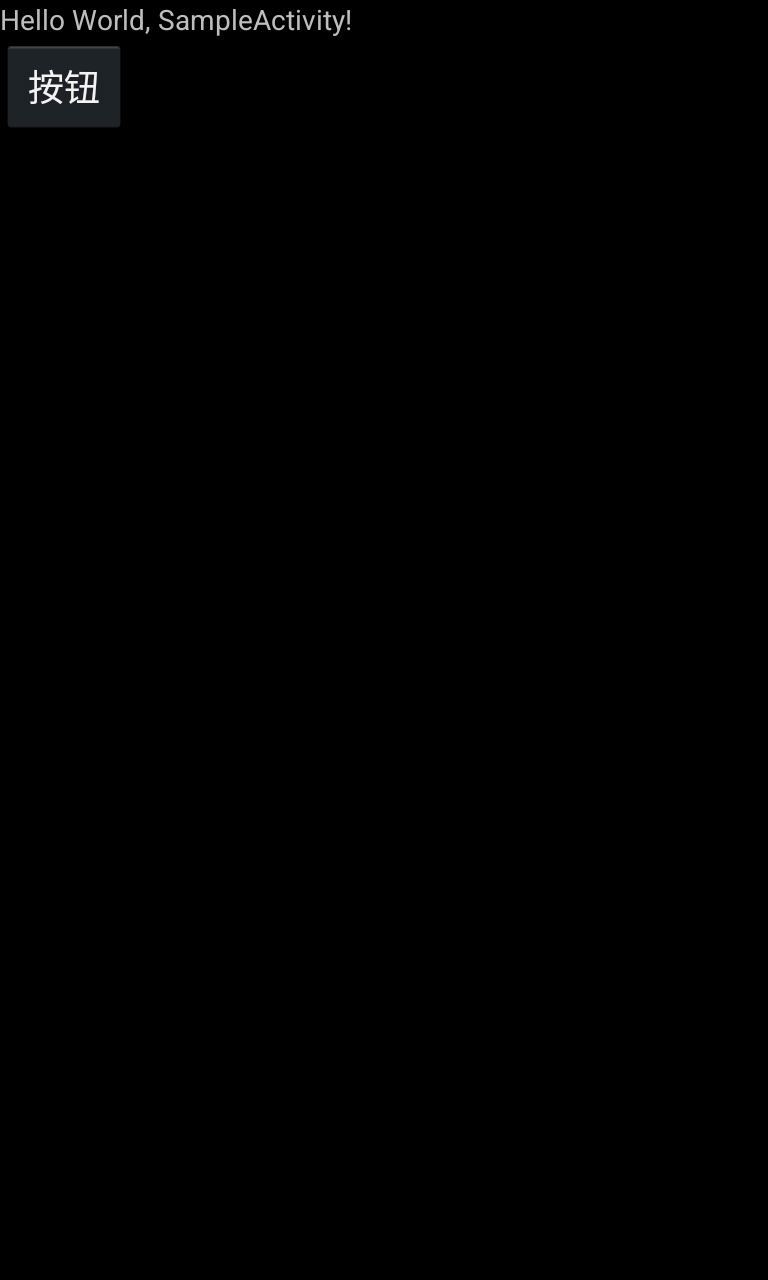
Repository: xueshijun/0.AndroidWorkspace
Layout: Android_wordspace/Sample/res/layout/main.xml
These files come from the project's save history. The layout is drawn as it stood at one moment and after the next save; the edit follows.
It is drawn on a 768 x 1280 px phone screen (xhdpi) without system bars, with theme android:Theme.Holo; the app's code is not run.

Above is the layout before, as saved 2012-11-25 07:10:08.

After the next save:
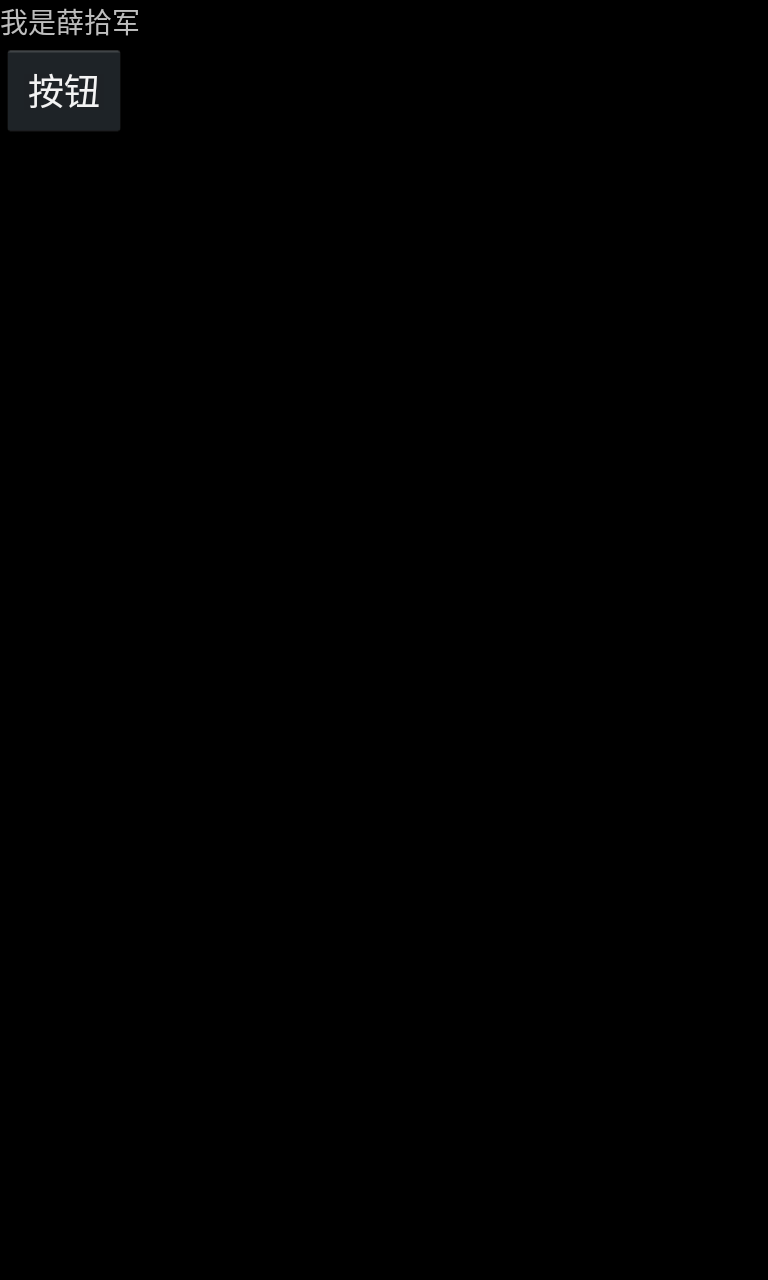
Saved 23 s later.
--- a/Android_wordspace/Sample/res/values/strings.xml
+++ b/Android_wordspace/Sample/res/values/strings.xml
@@ -1,7 +1,7 @@
 <?xml version="1.0" encoding="utf-8"?>
 <resources>
 
-    <string name="hello">Hello World, SampleActivity!</string>
+    <string name="hello">我是薛拾军</string>
     <string name="app_name">Sample</string>
     <string name="btn_name">按钮</string>
 
